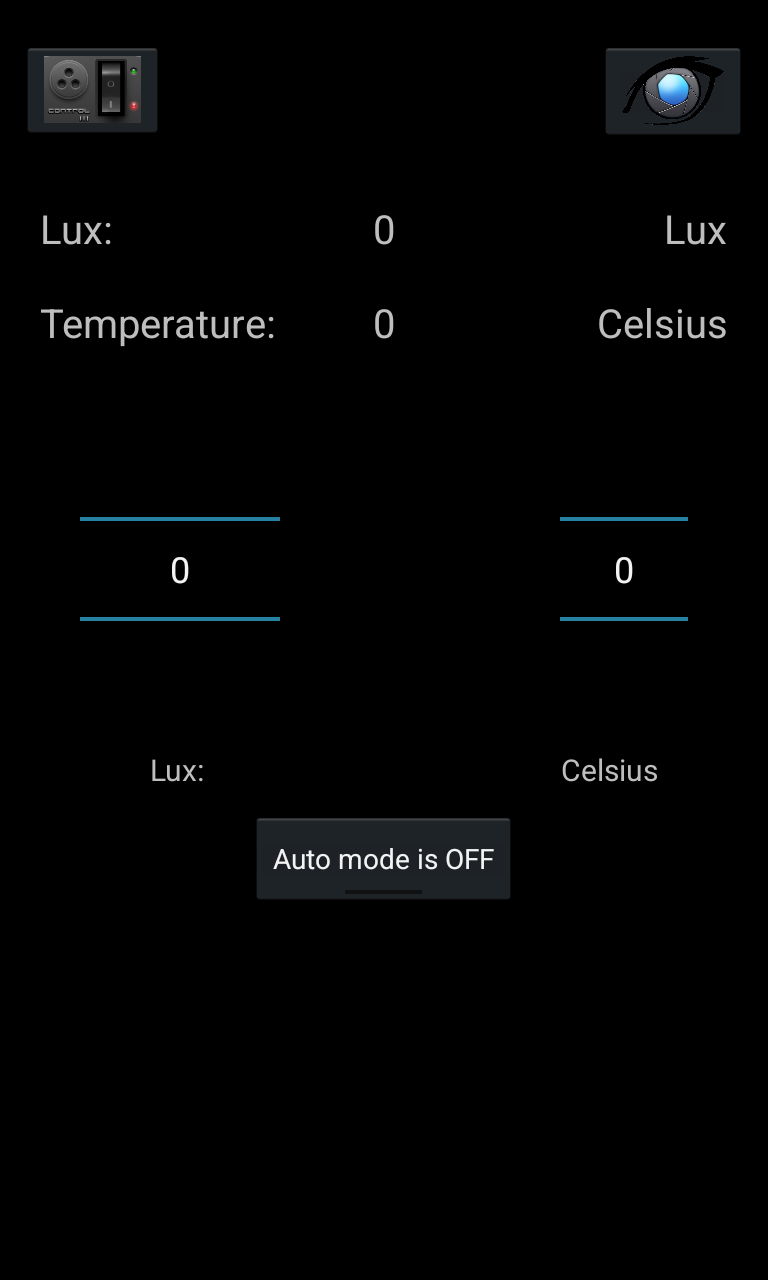
Repository: deanzaka/Shroom_IOIO_OpenCV
Layout: samples/IOIOSimpleApp/res/layout/main.xml
An editor plug-in stored every save of this project. The layout is shown before and after the next save, followed by the edit.
It is drawn on a 768 x 1280 px phone screen (xhdpi) without system bars, with theme android:Theme.Holo; the app's code is not run.

Above is the layout before, as saved 2014-06-04 10:12:07.

After the next save:
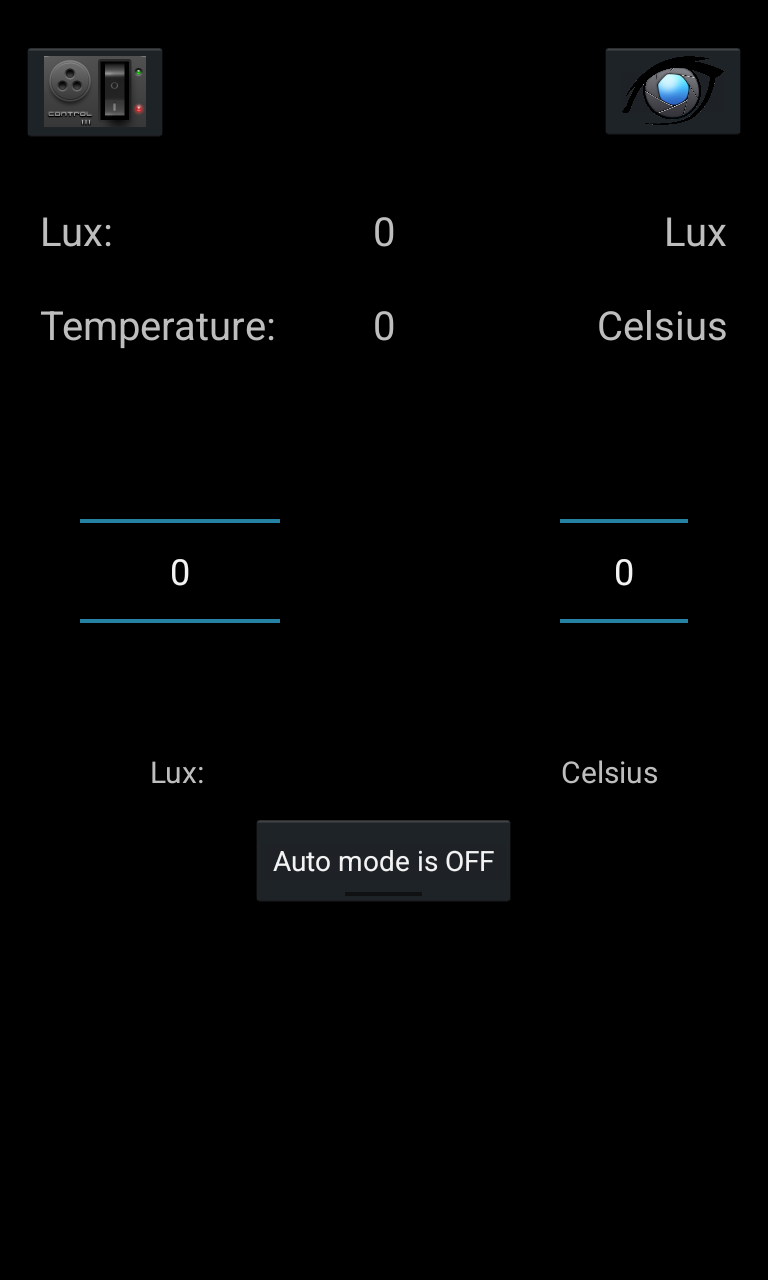
Saved 3 min 47 s later.
--- a/samples/IOIOSimpleApp/res/layout/main.xml
+++ b/samples/IOIOSimpleApp/res/layout/main.xml
@@ -33,7 +33,7 @@
             android:layout_margin="10dp"
             android:layout_alignParentLeft="true"
             android:maxWidth="75dp"
-  			android:maxHeight="50dp"
+  			android:maxHeight="75dp"
   			android:scaleType="fitCenter"
             android:adjustViewBounds="true"
 		    android:onClick="menuAct"
